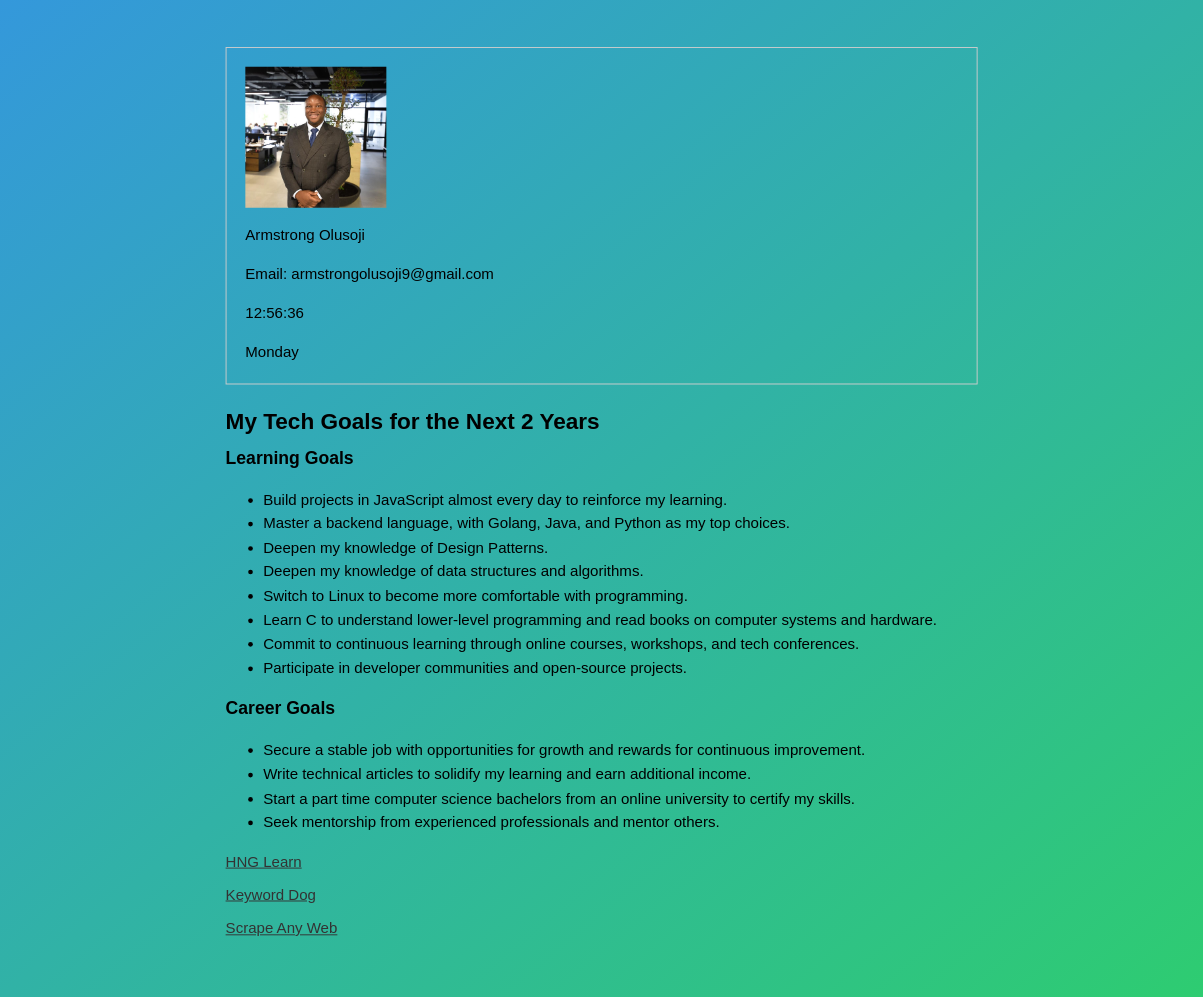
Repository: Armstrong2035/hng-project-one
Page: index.html
The author's editor kept a copy of each file at every save. The page is drawn from the files as they stood at one save, then again after the next save.
The browser window is 1280 px wide. The pictures show the whole page, at 94% of full size.

Above is the page before, as saved 2024-07-01 17:04:53.

After the next save:
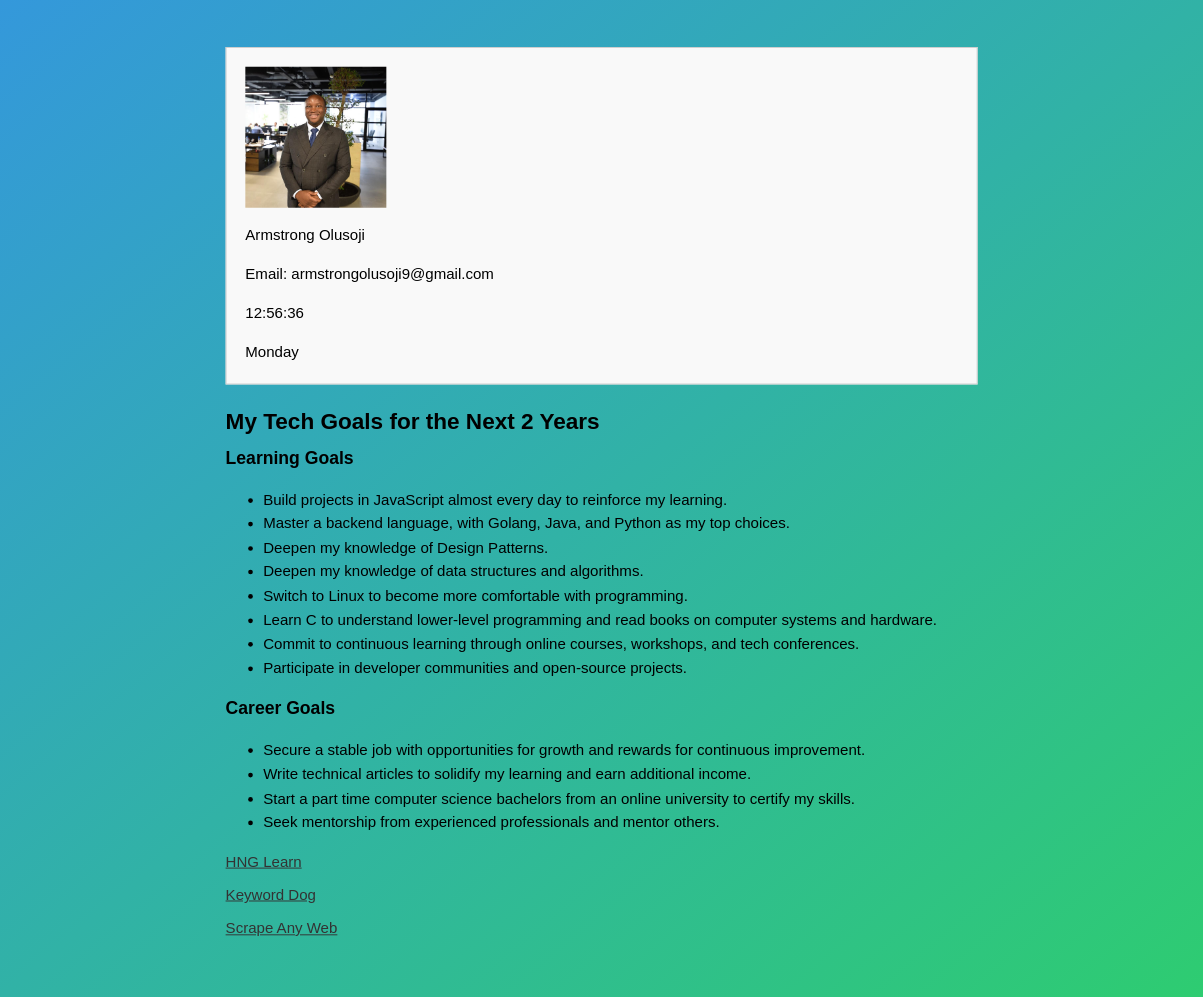
Saved 18 s later.
--- a/style.css
+++ b/style.css
@@ -19,6 +19,7 @@ body {
   align-items: flex-start;
   border: 1px solid #ccc;
   padding: 20px 20px;
+  background-color: #f9f9f9;
 }
 
 .profile-picture {
